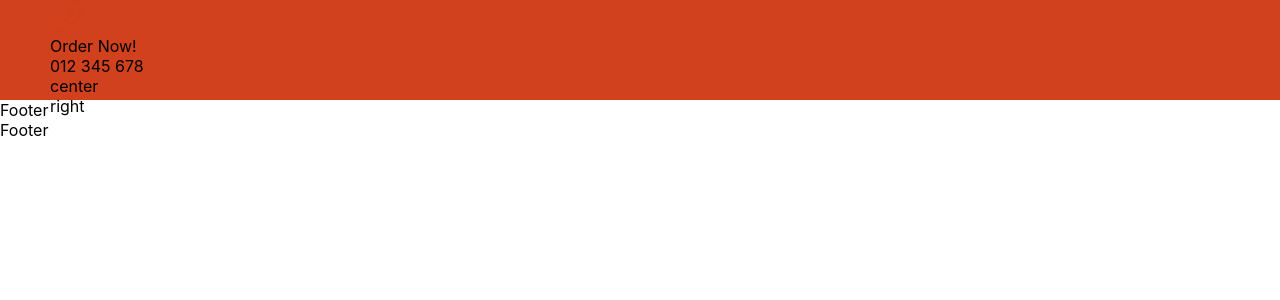
Repository: exiled-kal/RestuarantNextJS
Page: /components/Layout
The author's editor kept a copy of each file at every save. The page is drawn from the files as they stood at one save, then again after the next save.
The browser window is 1280 px wide. The pictures show the whole page.
The project was rebuilt for these pictures with package versions that can differ from the ones it lists, and the page was loaded fresh each time. The framework's server and built-in components were replaced by stand-ins that run in the browser. Also part of the build but not shown: next.config.js.

Above is the page before, as saved 2021-12-13 21:21:27.

After the next save:
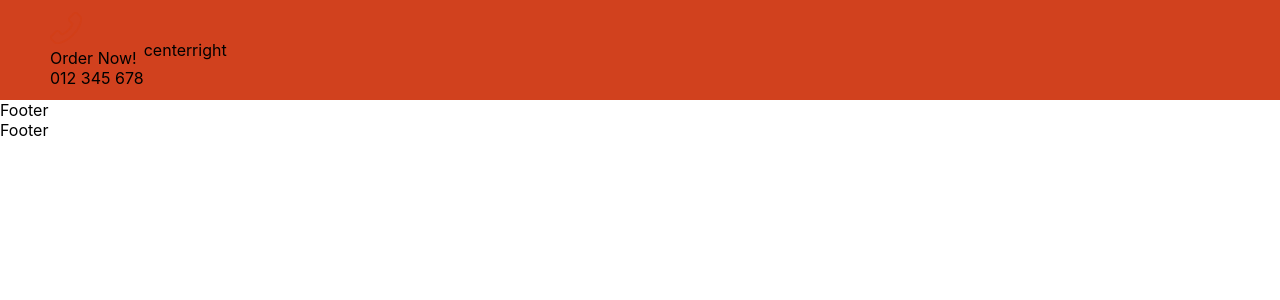
Saved 8 s later.
--- a/styles/Navbar.module.css
+++ b/styles/Navbar.module.css
@@ -2,5 +2,7 @@
   height: 100px;
   padding: 0px 50px;
   background-color: #d1411e;
-  display: fle;
+  display: flex;
+  align-items: center;
+
 }
